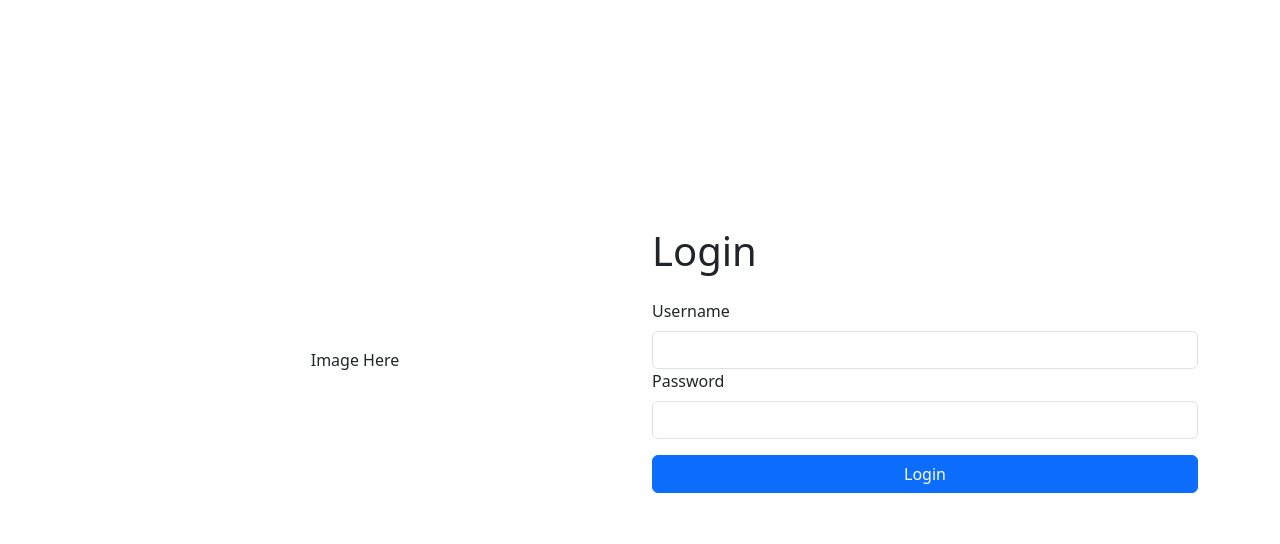
Repository: oboioz/SimpleTodoApp
Page: /todos (app in SimpleTodoAppFrontEnd/todo-app/)
These files come from the project's save history. The page is drawn as it stood at one moment and after the next save; the edit follows.
The browser window is 1280 px wide. The pictures show the whole page.
The project was rebuilt for these pictures with package versions that can differ from the ones it lists, and the page was loaded fresh each time.

Above is the page before, as saved 2024-04-03 19:56:21.

### SimpleTodoAppFrontEnd/todo-app/src/App.js
import 'bootstrap/dist/css/bootstrap.min.css';
import './App.css';
import TodoApp from './components/TodoApp';

function App() {
  return (
    <div className="App">
      <TodoApp />
    </div>
  )
}

export default App;

### SimpleTodoAppFrontEnd/todo-app/src/components/TodoApp.jsx
import LoginComponent from "./todo/Login/LoginComponent";

export default function TodoApp() {
    return (
        <div className="todo-app">
            <LoginComponent />
        </div>
    )
}

### SimpleTodoAppFrontEnd/todo-app/src/components/todo/Login/LoginComponent.jsx
import './LoginStyle.css';


function LoginComponent() {

    return (
        <div className="Login container">
            <div className="row align-items-center">
                <div className="col image">
                    Image Here
                </div>
                <div className="col">

                    <form className="LoginForm">
                        <h1 class="mb-4">Login</h1>
                        <div>
                            <label className="form-label">Username</label>
                            <input type="text" name="username" className="form-control" />
                        </div>
                        <div>
                            <label className="form-label">Password</label>
                            <input type="password" name="password" className="form-control" />
                        </div>

                        <button type="button" name="login" class="btn btn-primary mt-3">Login</button>
                    </form>
                </div>
            </div>
        </div>

    )

}

export default LoginComponent;

### SimpleTodoAppFrontEnd/todo-app/src/components/todo/Login/LoginStyle.css
.row {
    display: flex;
    justify-content: center;
    align-items: center;
    height: 100vh;
}

.LoginForm {
    display: flex;
    flex-direction: column;
    text-align: left;
    justify-content: left;
    align-items: left;
}

Loaded but not shown: SimpleTodoAppFrontEnd/todo-app/public/index.html (common file); SimpleTodoAppFrontEnd/todo-app/src/index.js (common file); SimpleTodoAppFrontEnd/todo-app/src/index.css (common file); SimpleTodoAppFrontEnd/todo-app/src/reportWebVitals.js (common file); SimpleTodoAppFrontEnd/todo-app/src/App.css (common file)

After the next save:
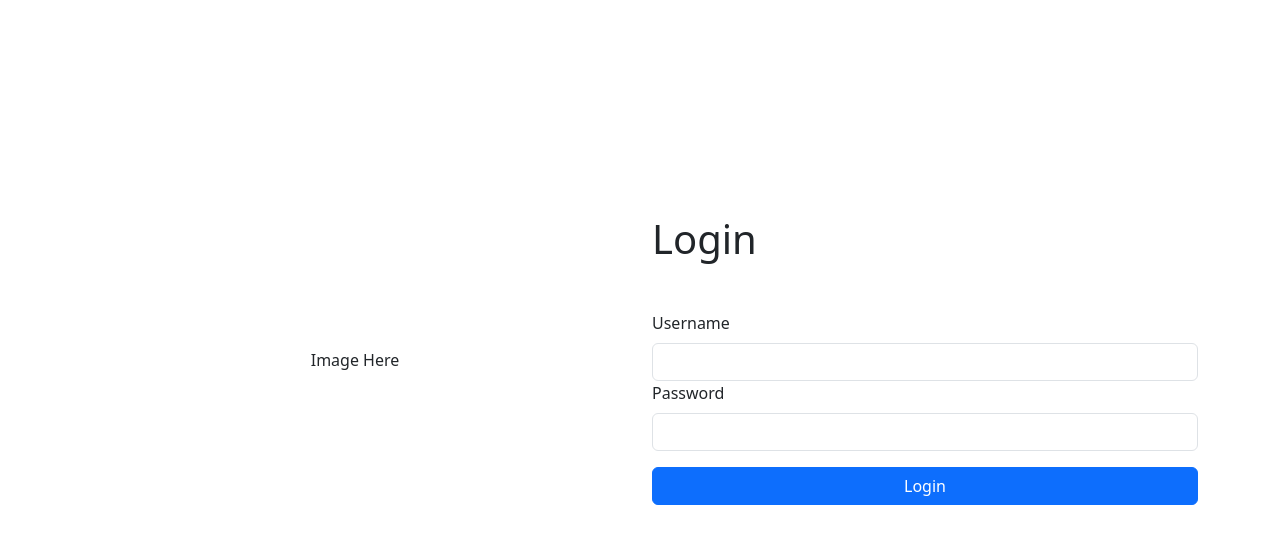
Saved 8 s later.
--- a/SimpleTodoAppFrontEnd/todo-app/src/components/todo/Login/LoginComponent.jsx
+++ b/SimpleTodoAppFrontEnd/todo-app/src/components/todo/Login/LoginComponent.jsx
@@ -12,7 +12,7 @@ function LoginComponent() {
                 <div className="col">
 
                     <form className="LoginForm">
-                        <h1 class="mb-4">Login</h1>
+                        <h1 class="mb-5">Login</h1>
                         <div>
                             <label className="form-label">Username</label>
                             <input type="text" name="username" className="form-control" />
